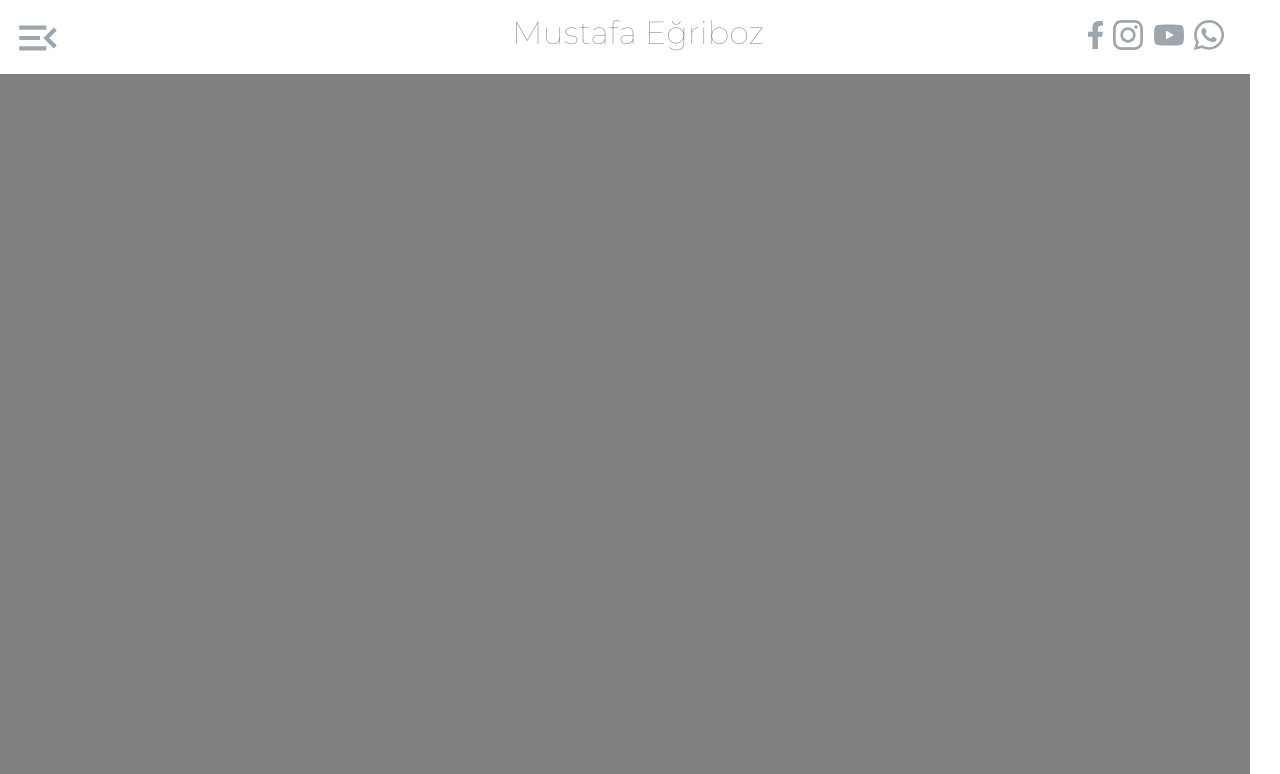
Repository: CengoCengo/m.e-gallery-web-site
Page: index.html
The author's editor kept a copy of each file at every save. The page is drawn from the files as they stood at one save, then again after the next save.
The browser window is 1280 px wide. The pictures show the whole page.

Above is the page before, as saved 2021-02-06 18:29:10.
Console error: TypeError: Cannot read properties of null (reading 'style')

After the next save:
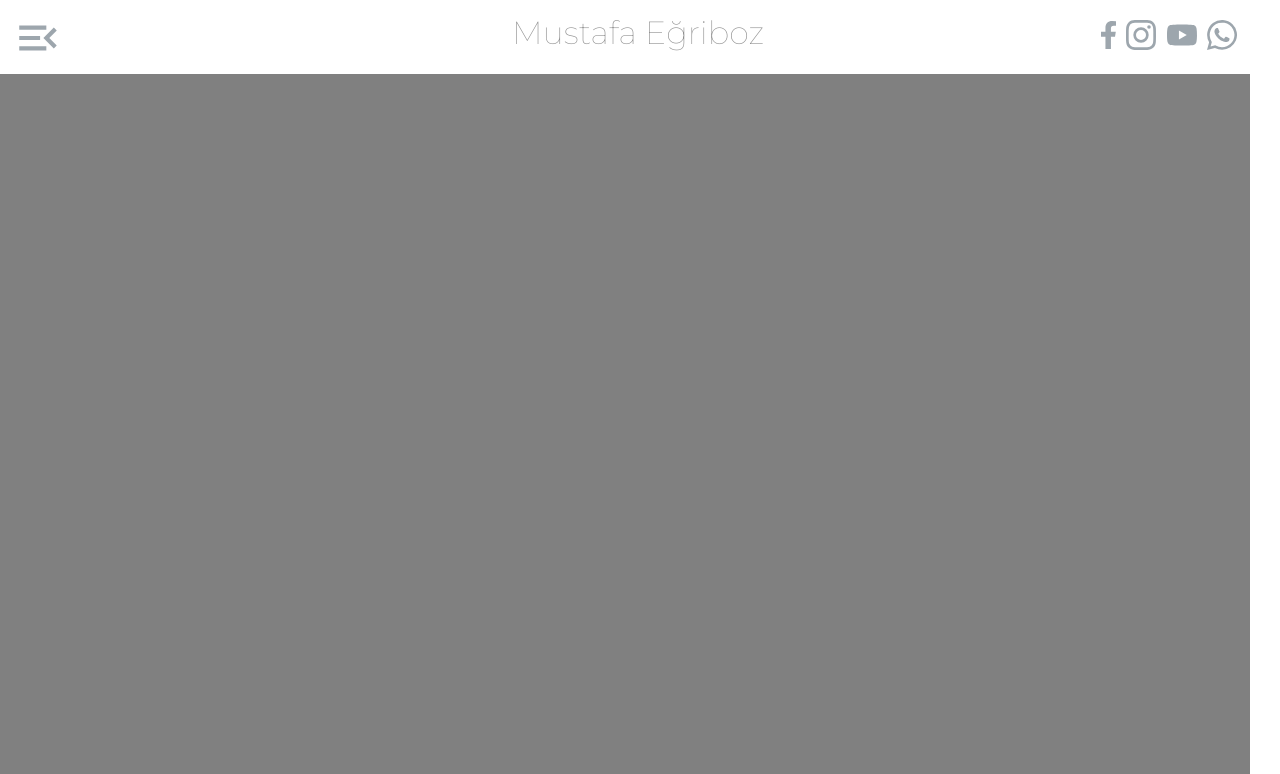
Saved 18 s later.
--- a/styles/style.css
+++ b/styles/style.css
@@ -47,6 +47,7 @@ h1.name{
     position: relative;
     width: 100%;
     left: 84%;
+    padding-left: 1% ;
 
 }
 
